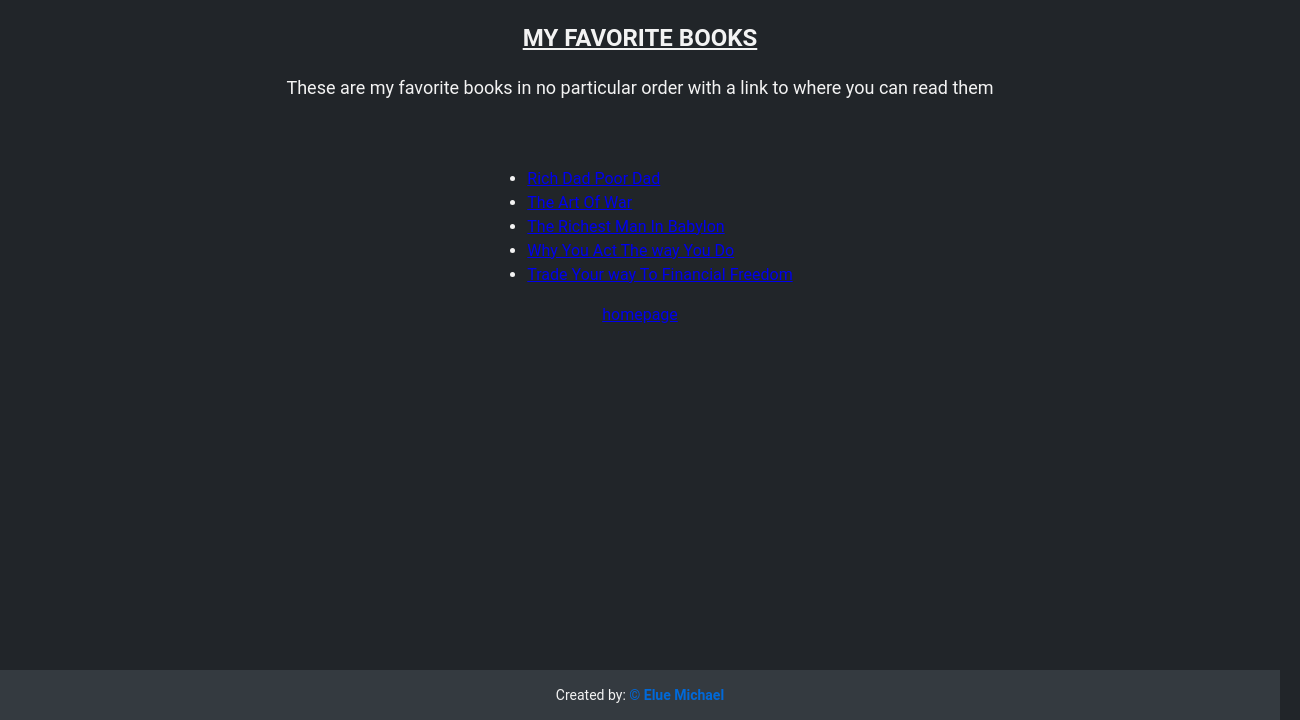
Repository: MikkyPrestige/html-website
Page: pages/books.html
These files come from the project's save history. The page is drawn as it stood at one moment and after the next save; the edit follows.
The browser window is 1280 px wide. The page is 1280 px wide, then 1300 px, so the pictures cover 1300 px, including what lies to the right of the window. The pictures show the whole page.

Above is the page before, as saved 2023-04-29 02:27:59.

After the next save:
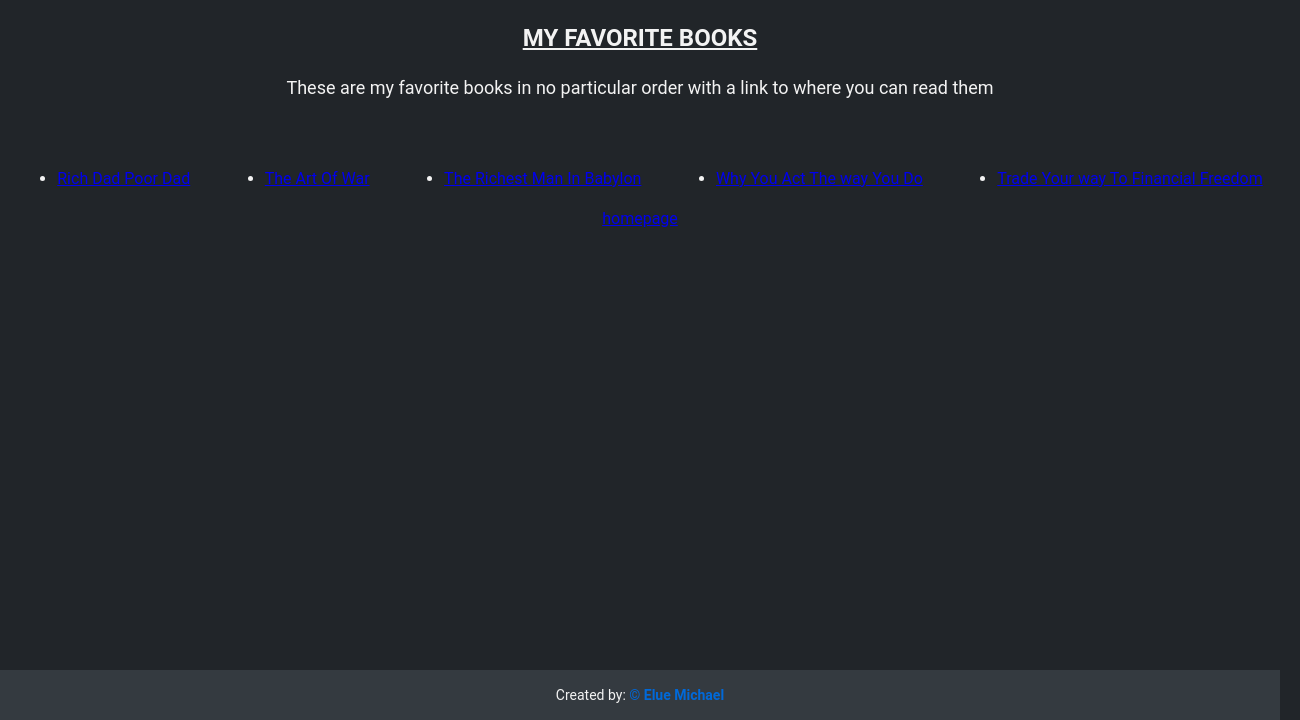
Saved 31 s later.
--- a/index.css
+++ b/index.css
@@ -109,6 +109,13 @@
   margin-bottom: 50px;
 }
 
+.books-lists {
+  display: flex;
+  justify-content: space-around;
+  align-items: center;
+  width: 100%;
+}
+
 
 
 
